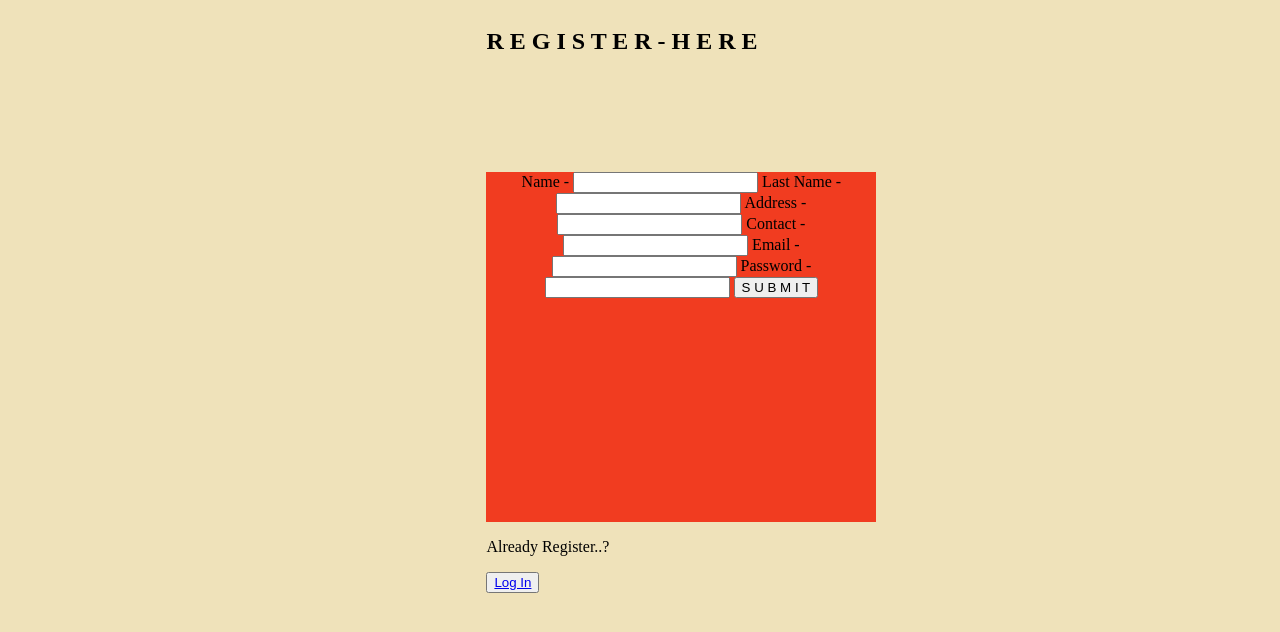
Repository: Krushna26nk/WebApplication
Page: http://localhost/Application/
An editor plug-in stored every save of this project. The page is shown before and after the next save, followed by the edit.
The browser window is 1280 px wide. The pictures show the whole page.
The page is served by Tomcat 9.

Above is the page before, as saved 2019-05-31 12:38:09.

After the next save:
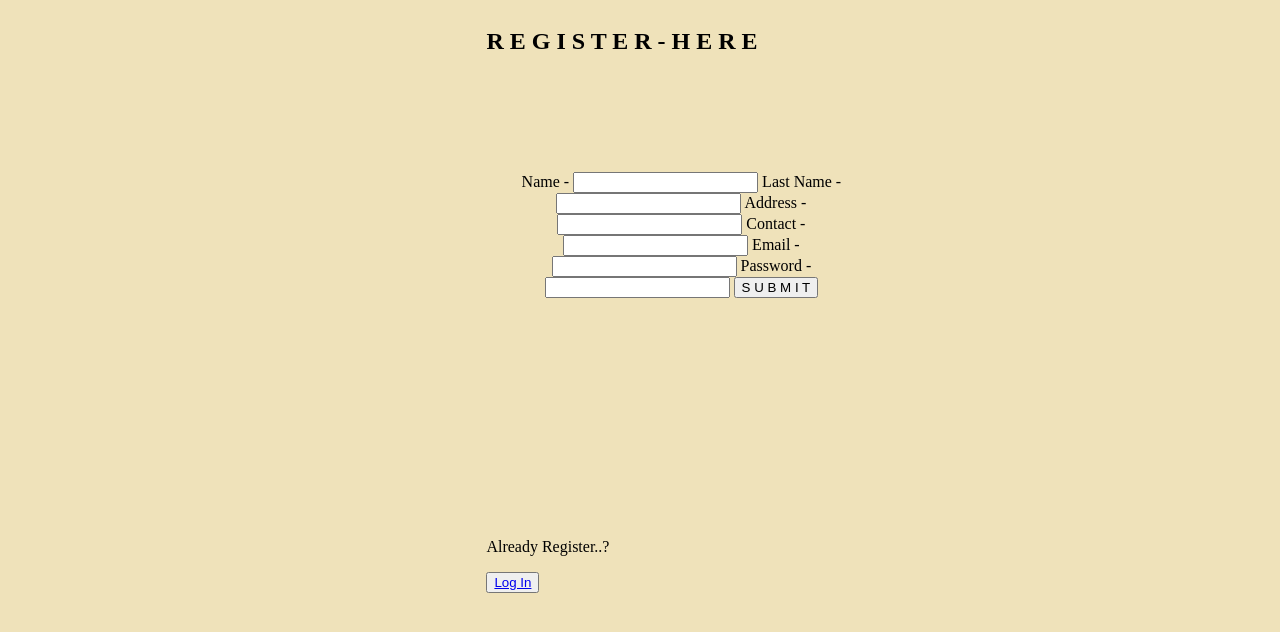
Saved 32 s later.
--- a/web/Application/WebContent/Style.css
+++ b/web/Application/WebContent/Style.css
@@ -4,7 +4,7 @@
 	left:38%;
 }
 .form{
-	background-color: #F13C20;
+	background-color: 50 deg,#F13C20;
 	position:relative;
 	margin-top:30%;
 	width:390px;
